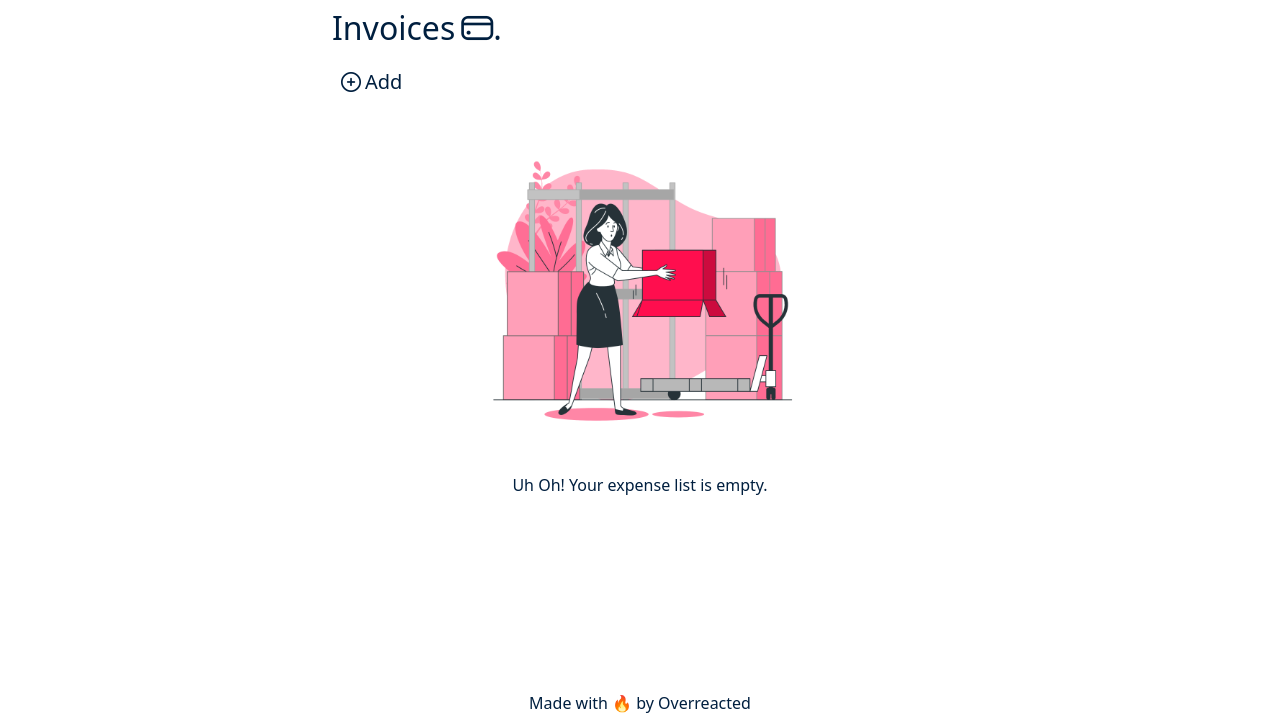
Repository: om1ars/task3
Page: /
These files come from the project's save history. The page is drawn as it stood at one moment and after a run of saves; the edit follows.
The browser window is 1280 px wide. The pictures show the whole page.
Some web libraries are served in a nearby version. The project was rebuilt for these pictures with package versions that can differ from the ones it lists, and the page was loaded fresh each time. Also part of the build but not shown: src/constants/add-expense.js, src/components/add-form/add-form.css, src/components/add-form/success-modal.css, src/components/add-form/success-modal.js, src/components/add-form/index.js, src/pages/add-expense/add-expense.css, src/pages/add-expense/index.js, src/components/expense-list/card.css and 1 more.

Above is the page before, as saved 2021-12-18 14:40:57.

### public/index.html
<!DOCTYPE html>
<html lang="en">
  <head>
    <meta charset="utf-8" />
    <link rel="icon" href="%PUBLIC_URL%/favicon.ico" />
    <meta name="viewport" content="width=device-width, initial-scale=1" />
    <meta name="theme-color" content="#000000" />
    <meta name="description" content="SPA to track all your expenses" />
    <link rel="apple-touch-icon" href="%PUBLIC_URL%/logo192.png" />
    <!--
      manifest.json provides metadata used when your web app is installed on a
      user's mobile device or desktop. See https://developers.google.com/web/fundamentals/web-app-manifest/
    -->
    <link rel="manifest" href="%PUBLIC_URL%/manifest.json" />
    <link rel="preconnect" href="https://fonts.googleapis.com" />
    <link rel="preconnect" href="https://fonts.gstatic.com" crossorigin />
    <link
      href="https://fonts.googleapis.com/css2?family=Noto+Sans&display=swap"
      rel="stylesheet"
    />
    <link
      rel="stylesheet"
      href="https://cdn-uicons.flaticon.com/uicons-regular-rounded/css/uicons-regular-rounded.css"
    />
    <link
      rel="stylesheet"
      href="https://cdn.jsdelivr.net/gh/devicons/devicon@v2.12.0/devicon.min.css"
    />
    <title>Xpensr</title>
  </head>
  <body>
    <noscript>You need to enable JavaScript to run this app.</noscript>
    <div id="root"></div>
    <!--
      This HTML file is a template.
      If you open it directly in the browser, you will see an empty page.

      You can add webfonts, meta tags, or analytics to this file.
      The build step will place the bundled scripts into the <body> tag.

      To begin the development, run `npm start` or `yarn start`.
      To create a production bundle, use `npm run build` or `yarn build`.
    -->
  </body>
</html>

### src/index.js
import React from "react";
import ReactDOM from "react-dom";
import "./index.css";
import App from "./App";
import reportWebVitals from "./reportWebVitals";
import { Provider } from "react-redux";
import store from "./redux/store/index";

ReactDOM.render(
  <Provider store={store}>
    <App />
  </Provider>,
  document.getElementById("root")
);

// If you want to start measuring performance in your app, pass a function
// to log results (for example: reportWebVitals(console.log))
// or send to an analytics endpoint. Learn more: https://bit.ly/CRA-vitals
reportWebVitals();

### src/index.css
body {
  margin: 0;
  font-family: "Noto Sans", sans-serif;
  -webkit-font-smoothing: antialiased;
  -moz-osx-font-smoothing: grayscale;
  /* background-color: #71ccca; */
  color: #001f3f;
}
a {
  text-decoration: none;
  color: #001f3f;
}
.button {
  /* background: #71ccca; */
  box-shadow: 20px 20px 60px #60adac, -20px -20px 60px #82ebe8;
}
code {
  font-family: source-code-pro, Menlo, Monaco, Consolas, "Courier New",
    monospace;
}

### src/App.js
import React from "react";
import { BrowserRouter as Router, Route, Switch } from "react-router-dom";
import Footer from "./components/footer";
import Header from "./components/header";
import AddExpense from "./pages/add-expense";
import Home from "./pages/home/index";

const App = () => {
  return (
    <Router>
      <Header />
      <Switch>
        <Route path="/" exact component={Home} />
        <Route path="/add-expense" component={AddExpense} />
      </Switch>
      <Footer />
    </Router>
  );
};

export default App;

### src/redux/store/index.js
import { combineReducers, createStore } from "redux";
import { expenseReducer } from "../reducers/expenses";
const reducer = combineReducers({
  expenses: expenseReducer,
});
const initialState = {};
const store = createStore(reducer, initialState);

export default store;

### src/components/footer/index.js
import React from "react";
import "./footer.css";
const Footer = () => {
  return <footer>Made with 🔥 by Overreacted</footer>;
};

export default Footer;

### src/components/header/index.js
import React from "react";
import "./header.css";
const Header = () => {
  return (
    <div className="header-container">
      <div className="header">
        <div className="header-logo">
          Invoices
          <i class="fi-rr-credit-card" />.
        </div>
        <div style={{}}></div>
      </div>
    </div>
  );
};

export default Header;

### src/pages/home/index.js
import React from "react";
import ExpenseList from "../../components/expense-list";
import Footer from "../../components/footer";
import Header from "../../components/header";
import TopFold from "../../components/top-fold";
import "./home.css";
const Home = () => {
  return (
    <div className="home">
      <TopFold />
      <ExpenseList />
    </div>
  );
};

export default Home;

### src/redux/reducers/expenses.js
import {
  ADD_EXPENSE,
  DELETE_EXPENSE,
  SEARCH_EXPENSE,
} from "../action-types/expenses";

const initialList = () => {
  const list = localStorage.getItem("expense-list");
  let expenses = [];
  if (list) {
    expenses = JSON.parse(list);
  }
  return expenses;
};
const initialState = {
  expenseList: initialList(),
  query: "",
};

export const expenseReducer = (state = initialState, action) => {
  switch (action.type) {
    case ADD_EXPENSE: {
      localStorage.setItem(
        "expense-list",
        JSON.stringify([...state.expenseList, action.data])
      );
      return {
        ...state,
        expenseList: [...state.expenseList, action.data],
        query: "",
      };
    }
    case DELETE_EXPENSE: {
      const { data } = action;
      const updatedList = state.expenseList.filter(
        (item) => item.createdAt !== data.createdAt
      );
      localStorage.setItem("expense-list", JSON.stringify(updatedList));
      return {
        ...state,
        expenseList: updatedList,
      };
    }
    case SEARCH_EXPENSE: {
      const { query } = action;
      return {
        ...state,
        query,
      };
    }
    default:
      return {
        ...state,
      };
  }
};

### src/components/footer/footer.css
footer {
  width: 100%;
  position: fixed;
  bottom: 0;
  display: flex;
  justify-content: center;
  align-items: center;
  padding-bottom: 6px;
}

### src/components/header/header.css
.header-container {
  width: 50%;
  margin: auto;
}
.header {
  display: flex;
  justify-content: space-between;
  align-items: center;
  flex: 1;
  margin: 6px 12px;
}
.header-logo {
  display: flex;
  align-items: center;
  font-size: 32px;
  font-weight: 500;
}
.header-logo i {
  display: flex;
  align-items: center;
  margin-left: 6px;
}

.header-button {
  font-size: 20px;
  display: flex;
  justify-content: center;
  align-items: center;
  border: 1px solid black;
  border-radius: 6px;
  padding: 0px 8px;
}
.header-button i {
  margin-right: 4px;
}

@media only screen and (max-width: 1024px) {
  .header-container {
    width: 90%;
  }
  .header-logo {
    font-size: 28px;
  }
  .header-button {
    font-size: 18px;
  }
}

@media only screen and (max-width: 512px) {
  .header-container {
    width: 100%;
  }
  .header-logo {
    font-size: 24px;
  }
  .header-button {
    font-size: 16px;
  }
}

### src/components/top-fold/index.js
import React, { useEffect, useState } from "react";
import { Link, useLocation } from "react-router-dom";
import "./top-fold.css";
import { useDispatch } from "react-redux";
import { searchExpense } from "../../redux/actions/expenses";
const TopFold = () => {
  const [query, setQuery] = useState("");
  const dispatch = useDispatch();
  const handleQuery = (e) => {
    setQuery(e.target.value);
    dispatch(searchExpense(e.target.value));
  };
  return (
    <div className="topfold">
      {window.location.pathname === "/" ? (
        <div className="home-topfold">
          {/* <div className="searchbar">
            <i class="fi-rr-search"></i>
            <input
              placeholder="Search for expenses"
              value={query}
              onChange={(e) => handleQuery(e)}
            />
          </div> */}
          <Link to="/add-expense">
            <div className="add-button">
              <i class="fi-rr-add"></i>
              <label>Add</label>
            </div>
          </Link>
        </div>
      ) : (
        <div className="add-topfold">
          <Link to="/">
            <div className="add-topfold-button">
              <i class="fi-rr-angle-left"></i>
              <label>Back</label>
            </div>
          </Link>
          <Link to="/">
            <div className="add-topfold-button">
              <i class="fi-rr-cross-circle"></i>
              <label>Cancel</label>
            </div>
          </Link>
        </div>
      )}
    </div>
  );
};

export default TopFold;

### src/components/expense-list/index.js
import React, { useEffect, useState } from "react";
import { useSelector } from "react-redux";
import { toast, ToastContainer } from "react-toastify";
import Card from "./card";
import "./expense-list.css";
const ExpenseList = () => {
  const { expenseList: list, query } = useSelector((state) => state.expenses);
  const filteredList = list.filter((item) => item.title.includes(query));

  const notifySuccess = () => toast.success("Expense Deleted!");
  return (
    <div className="expense-list">
      <ToastContainer
        position="bottom-left"
        autoClose={1500}
        hideProgressBar={false}
        newestOnTop={false}
        closeOnClick
      />
      {filteredList.length ? (
        filteredList.map((item) => (
          <Card item={item} notifySuccess={notifySuccess} />
        ))
      ) : (
        <div className="empty-state">
          <img
            src={require("../../assets/images/empty.png").default}
            alt="No Expenses"
            className="empty-image"
          />
          <label>Uh Oh! Your expense list is empty.</label>
        </div>
      )}
    </div>
  );
};

export default ExpenseList;

### src/pages/home/home.css
.home {
  width: 50%;
  margin: auto;
}

@media only screen and (max-width: 1024px) {
  .home {
    width: 90%;
  }
}

@media only screen and (max-width: 512px) {
  .home {
    width: 100%;
  }
}

### src/redux/action-types/expenses.js
export const ADD_EXPENSE = "ADD_EXPENSE";

export const DELETE_EXPENSE = "DELETE_EXPENSE";

export const SEARCH_EXPENSE = "SEARCH_EXPENSE";

### src/redux/actions/expenses.js
import {
  ADD_EXPENSE,
  DELETE_EXPENSE,
  SEARCH_EXPENSE,
} from "../action-types/expenses";

export const addExpense = (data) => {
  return {
    type: ADD_EXPENSE,
    data,
  };
};

export const deleteExpense = (data) => {
  console.log(data, "Action");
  return {
    type: DELETE_EXPENSE,
    data,
  };
};

export const searchExpense = (query) => {
  console.log(query);
  return {
    type: SEARCH_EXPENSE,
    query,
  };
};

### src/components/top-fold/top-fold.css
.topfold {
  display: flex;
  justify-content: space-between;
  margin: 6px 12px;
  padding: 12px 0px;
  align-items: center;
}
.home-topfold {
  display: flex;
  justify-content: space-between;
  flex: 1;
}
.searchbar {
  display: flex;
  align-items: center;
  width: 50%;
  background-color: white;
  border-radius: 12px;
}
.searchbar input {
  width: 80%;
  outline: none;
  padding: 8px 0px;
  border: none;
  margin-left: 6px;
  background-color: white;
}

.searchbar i {
  display: flex;
  align-items: center;
  margin-left: 6px;
}

.add-button {
  display: flex;
  align-items: center;
  border-radius: 4px;
  border: 1px solid white;
  font-size: 20px;
  padding: 0px 8px;
  border-radius: 6px;
  cursor: pointer;
}

.add-button i {
  display: flex;
  align-items: center;
  margin-right: 4px;
}
.add-topfold {
  display: flex;
  justify-content: space-between;
  flex: 1;
}
.add-topfold-button {
  display: flex;
  align-items: center;
  font-size: 18px;
  cursor: pointer;
}
.add-topfold-button i {
  display: flex;
  align-items: center;
  margin-right: 4px;
}

@media only screen and (max-width: 1024px) {
  .add-button {
    font-size: 18px;
  }
  .searchbar {
    width: 70%;
  }
}

@media only screen and (max-width: 512px) {
  .add-button {
    font-size: 16px;
  }
}

### src/components/expense-list/expense-list.css
.expense-list {
  margin: 6px 12px;

  display: flex;
  flex-direction: column;
  flex: 1;
}
.empty-state {
  display: flex;
  justify-content: center;
  align-items: center;
  flex-direction: column;
}
.empty-image {
  height: 360px;
}

@media only screen and (max-width: 1024px) {
  .empty-image {
    height: 320px;
  }
}

@media only screen and (max-width: 512px) {
  .empty-image {
    height: 240px;
  }
}

Loaded but not shown: src/reportWebVitals.js (common file)

After the next 6 saves:
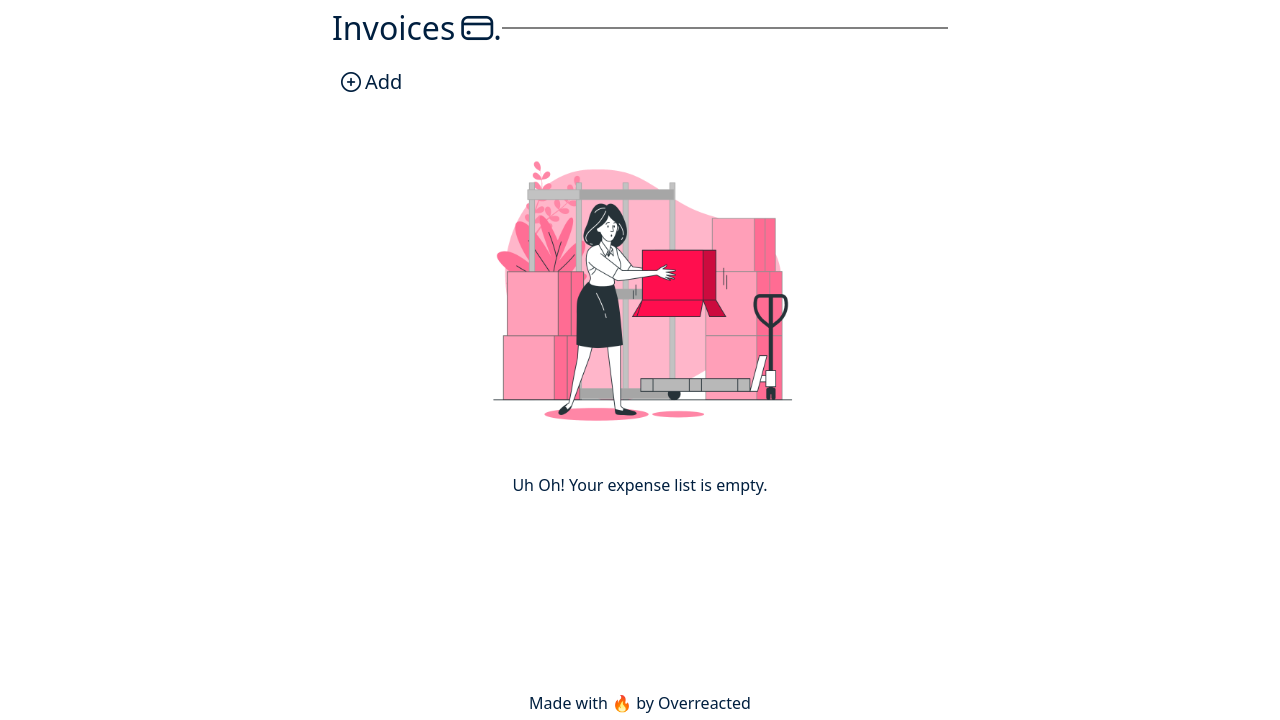
The 6 saves are shown as one change because 2 did not build or start and some came seconds apart.
The last was saved 23 s later.
--- a/src/components/header/index.js
+++ b/src/components/header/index.js
@@ -8,7 +8,9 @@ const Header = () => {
           Invoices
           <i class="fi-rr-credit-card" />.
         </div>
-        <div style={{}}></div>
+        <div
+          style={{ height: "2px", width: "100%", backgroundColor: "gray" }}
+        ></div>
       </div>
     </div>
   );
